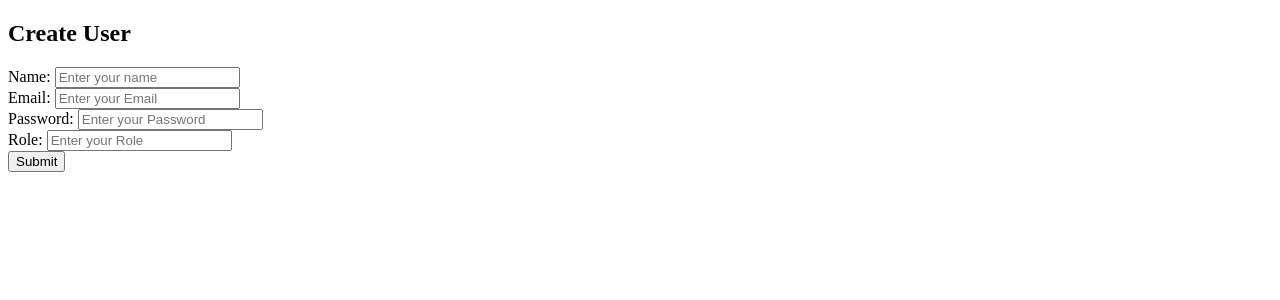
Repository: bharathabhi46/SkillSync-FrontEnd
Page: /
The author's editor kept a copy of each file at every save. The page is drawn from the files as they stood at one save, then again after the next save.
The browser window is 1280 px wide. The pictures show the whole page.
The project was rebuilt for these pictures with package versions that can differ from the ones it lists, and the page was loaded fresh each time. Also part of the build but not shown: vite.config.js.

Above is the page before, as saved 2025-06-04 16:58:13.

### src/App.jsx
import React from "react";
import CreateUser from "./Components/CreateUser/CreateUser";

const App = () => {
  return <CreateUser />;
};

export default App;

### src/Components/CreateUser/CreateUser.jsx
import React, { useState } from "react";

const CreateUser = () => {
  let url = "http://localhost:8080/api/users";
  let [formData, setFormData] = useState({
    name: "",
    email: "",
    password: "",
    role: "",
  });
  function handleOnChange(e) {
    setFormData((prevData) => ({
      ...prevData,
      [e.target.name]: e.target.value,
    }));
  }
  async function handleSubmit(e) {
    e.preventDefault();
    try {
      let res = await fetch(url, {
        method: "POST",
        headers: {
          "Content-Type": "application/json",
        },
        body: JSON.stringify(formData),
      });
      console.log(res);
      if (res.ok) {
        alert("User Created Successfully");
        setFormData({ name: "", email: "", password: "", role: "" });
      } else {
        alert("Failed to Create the User");
      }
    } catch (error) {
      console.error("Error", error);
    }
  }
  return (
    <div>
      <h2>Create User</h2>
      <form onSubmit={handleSubmit}>
        <label>Name: </label>
        <input
          type="text"
          name="name"
          id="name"
          value={formData.name}
          onChange={handleOnChange}
          placeholder="Enter your name"
        />
        <br />
        <label>Email: </label>
        <input
          type="email"
          name="email"
          id="email"
          value={formData.email}
          onChange={handleOnChange}
          placeholder="Enter your Email"
        />
        <br />
        <label>Password: </label>

        <input
          type="password"
          name="password"
          id="password"
          value={formData.password}
          onChange={handleOnChange}
          placeholder="Enter your Password"
        />
        <br />
        <label>Role: </label>
        <input
          type="text"
          name="role"
          id="role"
          value={formData.role}
          onChange={handleOnChange}
          placeholder="Enter your Role"
        />
        <br />
        <button type="submit">Submit</button>
      </form>
    </div>
  );
};

export default CreateUser;

Loaded but not shown: index.html (common file); src/main.jsx (common file)

After the next save:
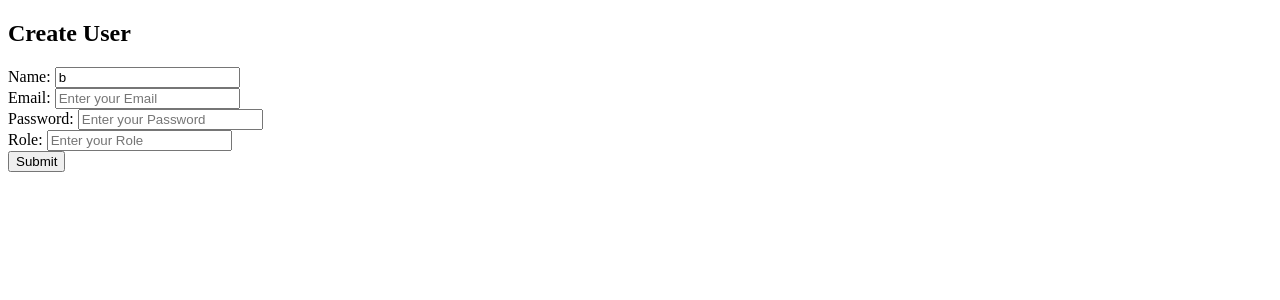
Saved 16 min 10 s later.
--- a/src/Components/CreateUser/CreateUser.jsx
+++ b/src/Components/CreateUser/CreateUser.jsx
@@ -3,7 +3,7 @@
 const CreateUser = () => {
   let url = "http://localhost:8080/api/users";
   let [formData, setFormData] = useState({
-    name: "",
+    name: "b",
     email: "",
     password: "",
     role: "",

After the save that followed:
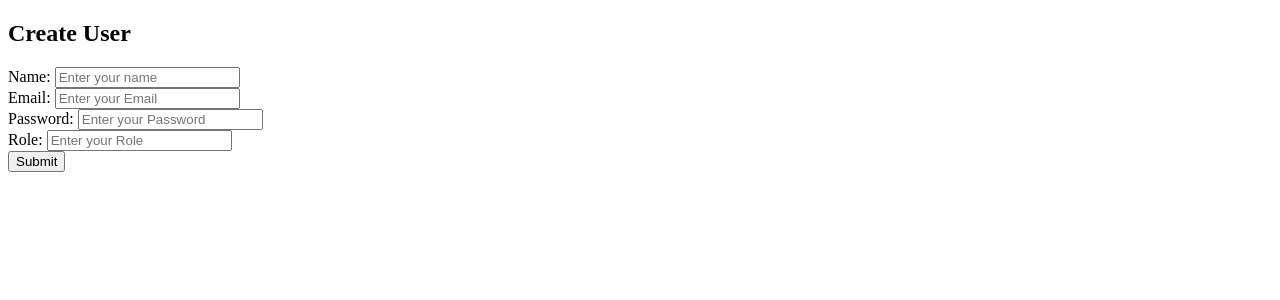
Saved 4 s later.
--- a/src/Components/CreateUser/CreateUser.jsx
+++ b/src/Components/CreateUser/CreateUser.jsx
@@ -3,7 +3,7 @@
 const CreateUser = () => {
   let url = "http://localhost:8080/api/users";
   let [formData, setFormData] = useState({
-    name: "b",
+    name: "",
     email: "",
     password: "",
     role: "",
